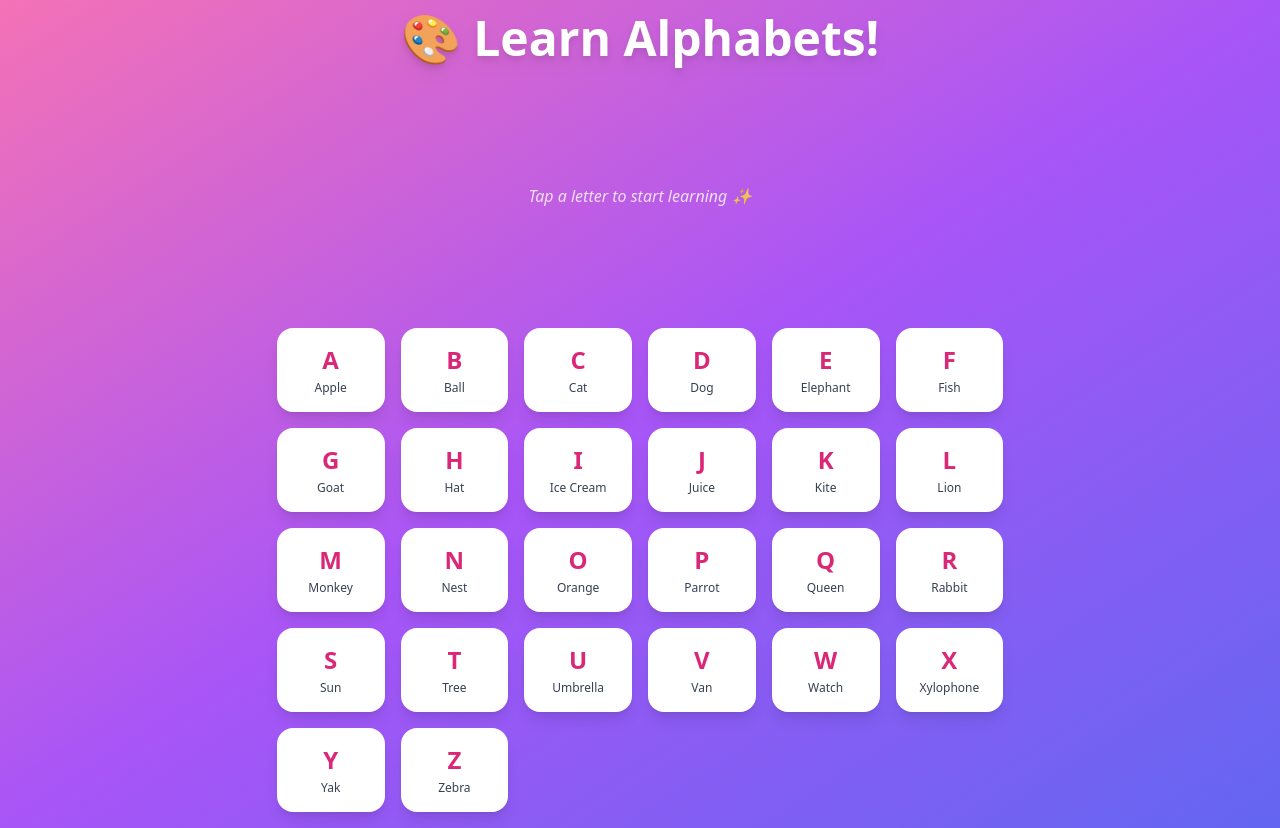
Repository: Prashant-singh01/playlearn-web
Page: /alphabets
These files come from the project's save history. The page is drawn as it stood at one moment and after the next save; the edit follows.
The browser window is 1280 px wide. The pictures show the whole page.
The project was rebuilt for these pictures with package versions that can differ from the ones it lists, and the page was loaded fresh each time. Also part of the build but not shown: vite.config.js, src/pages/KidHome.jsx, src/App.jsx.

Above is the page before, as saved 2025-11-13 09:36:01.

After the next save:
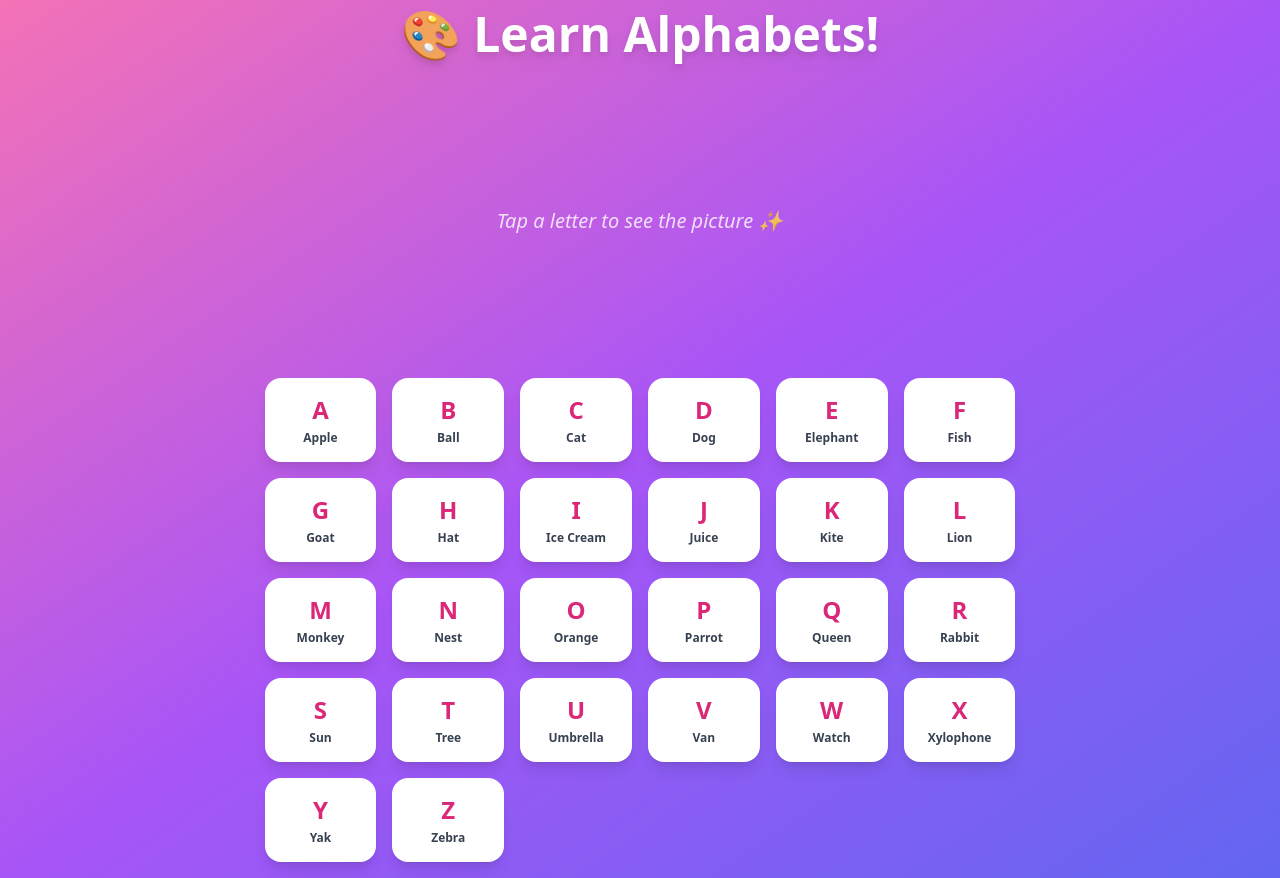
Saved 55 min 30 s later.
--- a/src/pages/Alphabets.jsx
+++ b/src/pages/Alphabets.jsx
@@ -31,44 +31,41 @@ const letters = [
 
 export default function Alphabets() {
   const [activeLetter, setActiveLetter] = useState(null);
-  const [fade, setFade] = useState(false);
+  const [fadeIn, setFadeIn] = useState(false);
 
   const handleClick = (letter) => {
-    setFade(false);
+    setFadeIn(false);
     setActiveLetter(letter);
 
-    // Fade animation reset
-    setTimeout(() => setFade(true), 50);
+    // Start fade-in animation after tiny delay
+    setTimeout(() => setFadeIn(true), 50);
 
-    // Play sound after small delay (image first)
+    // Play sound after image shows
     setTimeout(() => {
       const audio = new Audio(`/sounds/${letter}.mp3`);
-      audio
-        .play()
-        .then(() => console.log(`🔊 Playing ${letter}`))
-        .catch(() => alert(`❌ Sound for ${letter} not found!`));
+      audio.play().catch(() => console.log(`❌ Sound missing for ${letter}`));
     }, 600);
   };
 
   return (
     <div className="flex flex-col items-center justify-center min-h-screen bg-gradient-to-br from-pink-400 via-purple-500 to-indigo-500 text-white p-4">
+
       <h1 className="text-5xl font-extrabold mb-8 drop-shadow-lg animate-bounce">
         🎨 Learn Alphabets!
       </h1>
 
-      {/* Image display */}
-      <div className="flex flex-col items-center justify-center mb-8 min-h-[200px]">
+      {/* Image Display Section */}
+      <div className="flex flex-col items-center justify-center mb-8 min-h-[250px]">
         {activeLetter ? (
           <div
             className={`flex flex-col items-center transition-all duration-700 ${
-              fade ? "opacity-100 scale-100" : "opacity-0 scale-90"
+              fadeIn ? "opacity-100 scale-100" : "opacity-0 scale-90"
             }`}
           >
             <img
-              src={`/images/${activeLetter}.jpg`}
+              src={`/images/${activeLetter}.png`}
               alt={activeLetter}
-              className="w-48 h-48 rounded-2xl shadow-2xl object-cover"
-              onError={(e) => (e.target.style.display = "none")}
+              className="w-48 h-48 rounded-2xl shadow-2xl object-contain"
             />
             <p className="mt-4 text-3xl font-semibold">
               {activeLetter} for{" "}
@@ -76,13 +73,13 @@ export default function Alphabets() {
             </p>
           </div>
         ) : (
-          <p className="italic text-white/80">
-            Tap a letter to start learning ✨
+          <p className="italic text-white/80 text-xl">
+            Tap a letter to see the picture ✨
           </p>
         )}
       </div>
 
-      {/* Alphabet buttons */}
+      {/* Alphabet Buttons */}
       <div className="grid grid-cols-4 sm:grid-cols-6 gap-4">
         {letters.map(({ letter, word }) => (
           <button
@@ -92,10 +89,10 @@ export default function Alphabets() {
               activeLetter === letter
                 ? "bg-yellow-300 text-pink-700 scale-110"
                 : "bg-white text-pink-600"
-            } font-bold text-2xl py-4 px-6 rounded-2xl shadow-lg hover:scale-105 active:scale-95 transition-transform duration-200`}
+            } font-bold text-2xl py-4 px-6 rounded-2xl shadow-lg hover:scale-105 active:scale-95 transition-all duration-200`}
           >
             {letter}
-            <p className="text-xs text-gray-700 mt-1 font-medium">{word}</p>
+            <p className="text-xs text-gray-700 mt-1">{word}</p>
           </button>
         ))}
       </div>
